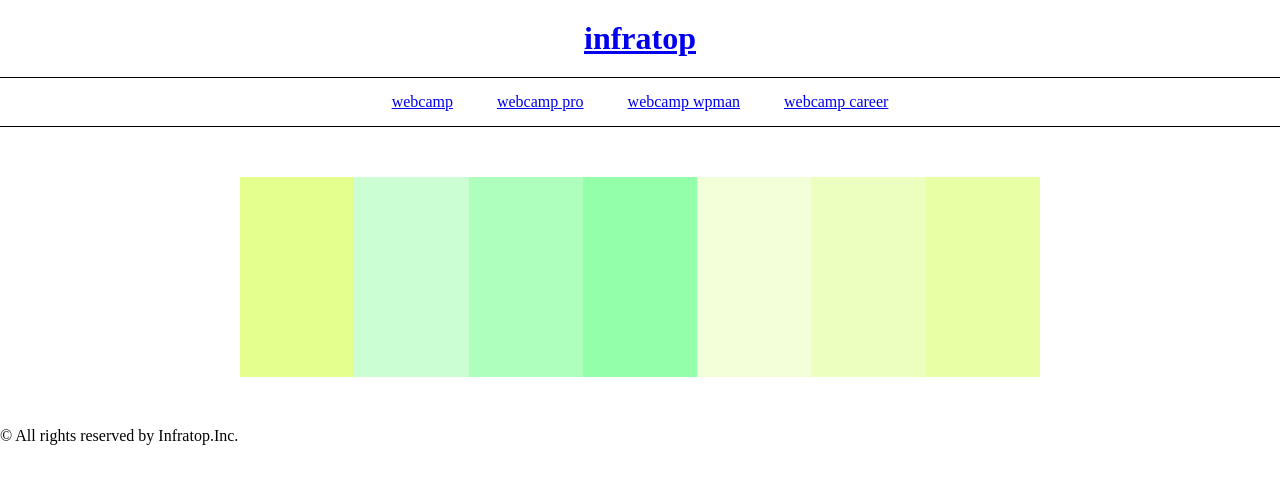
Repository: Y-takumi0/DMMwebcamp
Page: exercise/chapter5.html
The author's editor kept a record of every edit. The page is drawn from the files as they stood at one moment, then again after the next edit.
The browser window is 1280 px wide. The pictures show the whole page.

Above is the page before.

After the next edit:
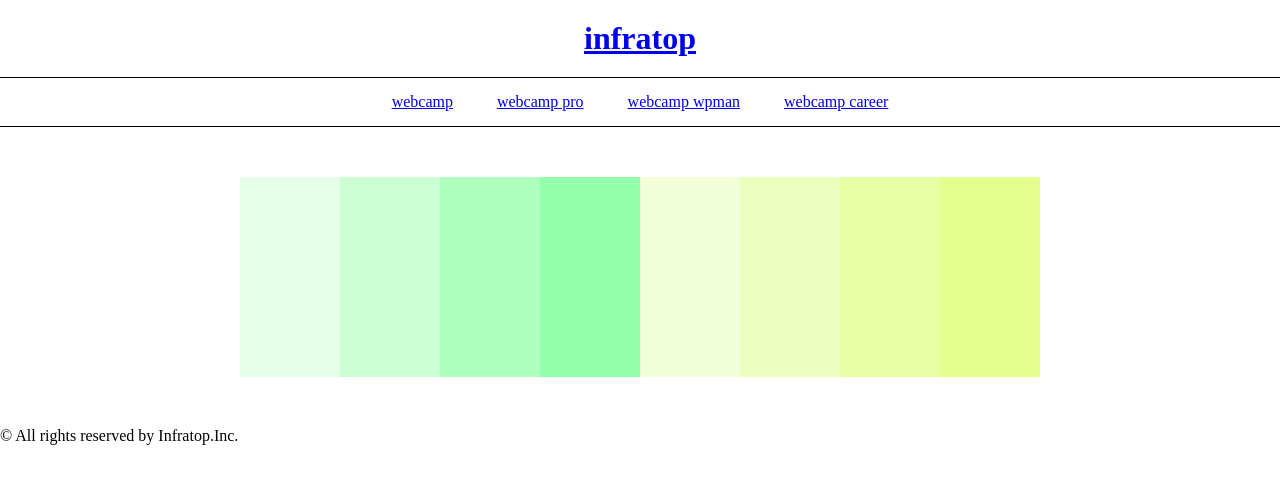
The edit:
--- a/exercise/chapter5.css
+++ b/exercise/chapter5.css
@@ -77,7 +77,7 @@
   background-color: #e9ffa5;
 }
 
-.square1 {
+.square8 {
   width: 200px;
   height: 200px;
   background-color: #e4ff8d
